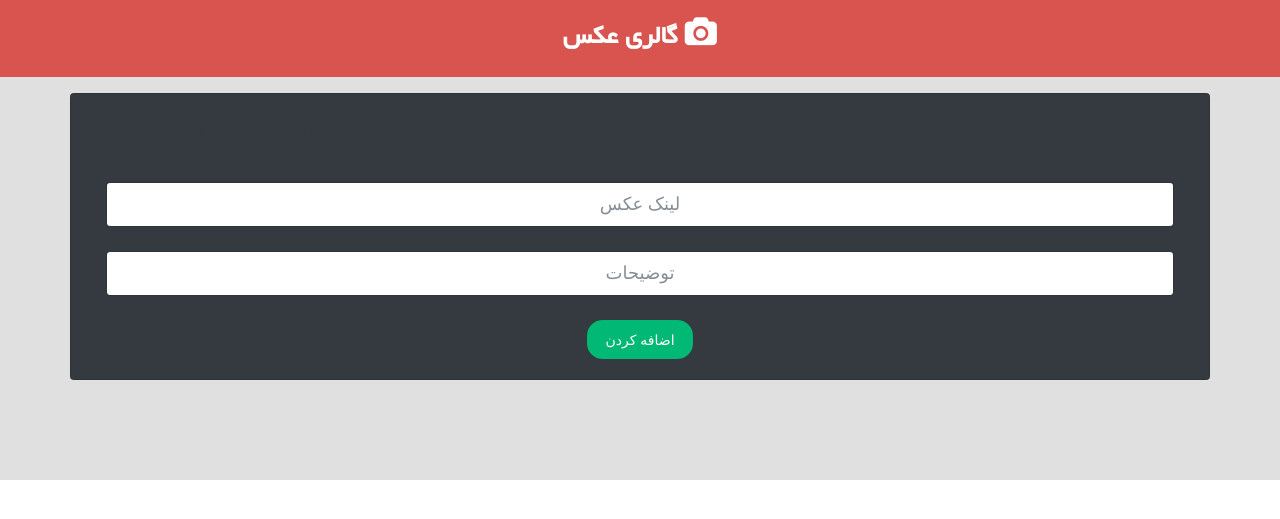
Repository: sadegh1379/PhotoWall-app
Page: /addphoto
The author's editor kept a copy of each file at every save. The page is drawn from the files as they stood at one save, then again after the next save.
The browser window is 1280 px wide. The pictures show the whole page.
The project was rebuilt for these pictures with package versions that can differ from the ones it lists, and the page was loaded fresh each time. Also part of the build but not shown: src/Component/Photo.js, src/Component/PhotoWall.js.

Above is the page before, as saved 2020-02-22 13:25:47.

After the next save:
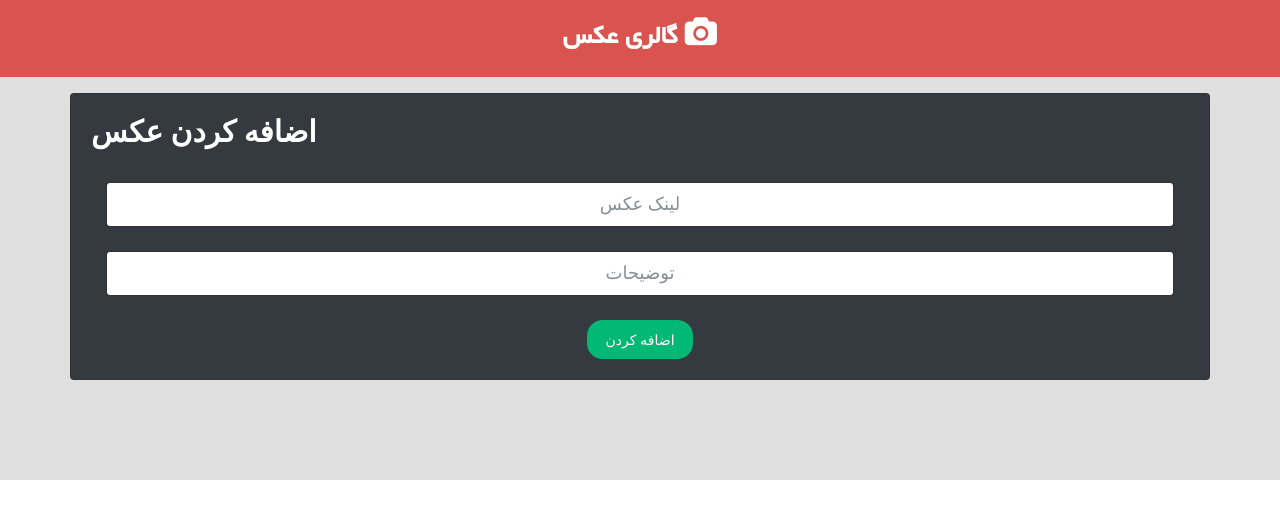
Saved 6 s later.
--- a/src/Component/AddPhoto.js
+++ b/src/Component/AddPhoto.js
@@ -4,7 +4,7 @@ export class AddPhoto extends Component {
     render() {
         return (
             <div className="card card-body bg-dark container">
-                <h3 >اضافه کردن عکس</h3>
+                <h3 className="text-white">اضافه کردن عکس</h3>
                 <form className="container add-form">
                     <input type="text" placeholder="لینک عکس" className="form-control my-4 text-center"/>
                     <input type="text" placeholder="توضیحات" className="form-control text-center" />
